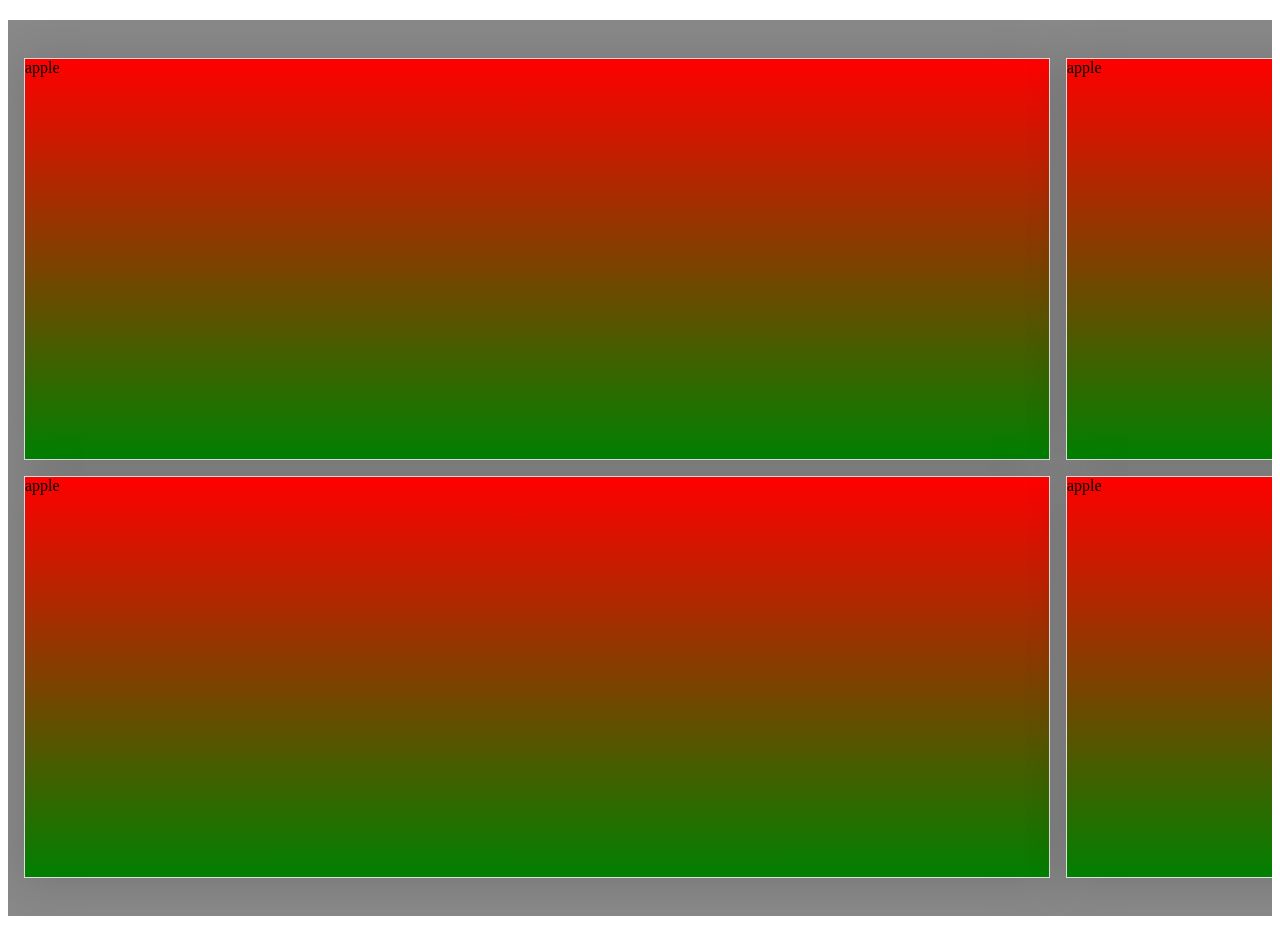
Repository: lzh15378738622/scroll-snap
Page: index.html
The author's editor kept a copy of each file at every save. The page is drawn from the files as they stood at one save, then again after the next save.
The browser window is 1280 px wide. The pictures show the whole page.

Above is the page before, as saved 2022-02-26 12:11:29.

### index.html
<!--
 * @Date: 2022-02-26 11:43:45
 * @LastEditors: lzh886
 * @LastEditTime: 2022-02-26 12:11:29
 * @FilePath: /scroll-snap/index.html
-->
<!DOCTYPE html>
<html lang="en">
  <head>
    <meta charset="UTF-8" />
    <meta http-equiv="X-UA-Compatible" content="IE=edge" />
    <meta name="viewport" content="width=device-width, initial-scale=1.0" />
    <title>Document</title>
    <style>
      main {
        display: grid;
        grid-template-columns: repeat(5, 1fr);
        overflow-x: auto;
        padding-block: 38px;
        background: #888;
        padding-inline: 1rem;
        margin-block: 20px;
        gap: 1rem;
      }
      div {
        width: 80vw;
        height: 400px;
        border: 1px solid #ddd;
        background: linear-gradient(red, green);
        box-shadow: 0 2px 40px rgba(0, 0, 0, 0.15);
      }
    </style>
  </head>

  <body>
    <main>
      <div>apple</div>
      <div>apple</div>
      <div>apple</div>
      <div>apple</div>
      <div>apple</div>
      <div>apple</div>
      <div>apple</div>
    </main>
  </body>
</html>

After the next save:
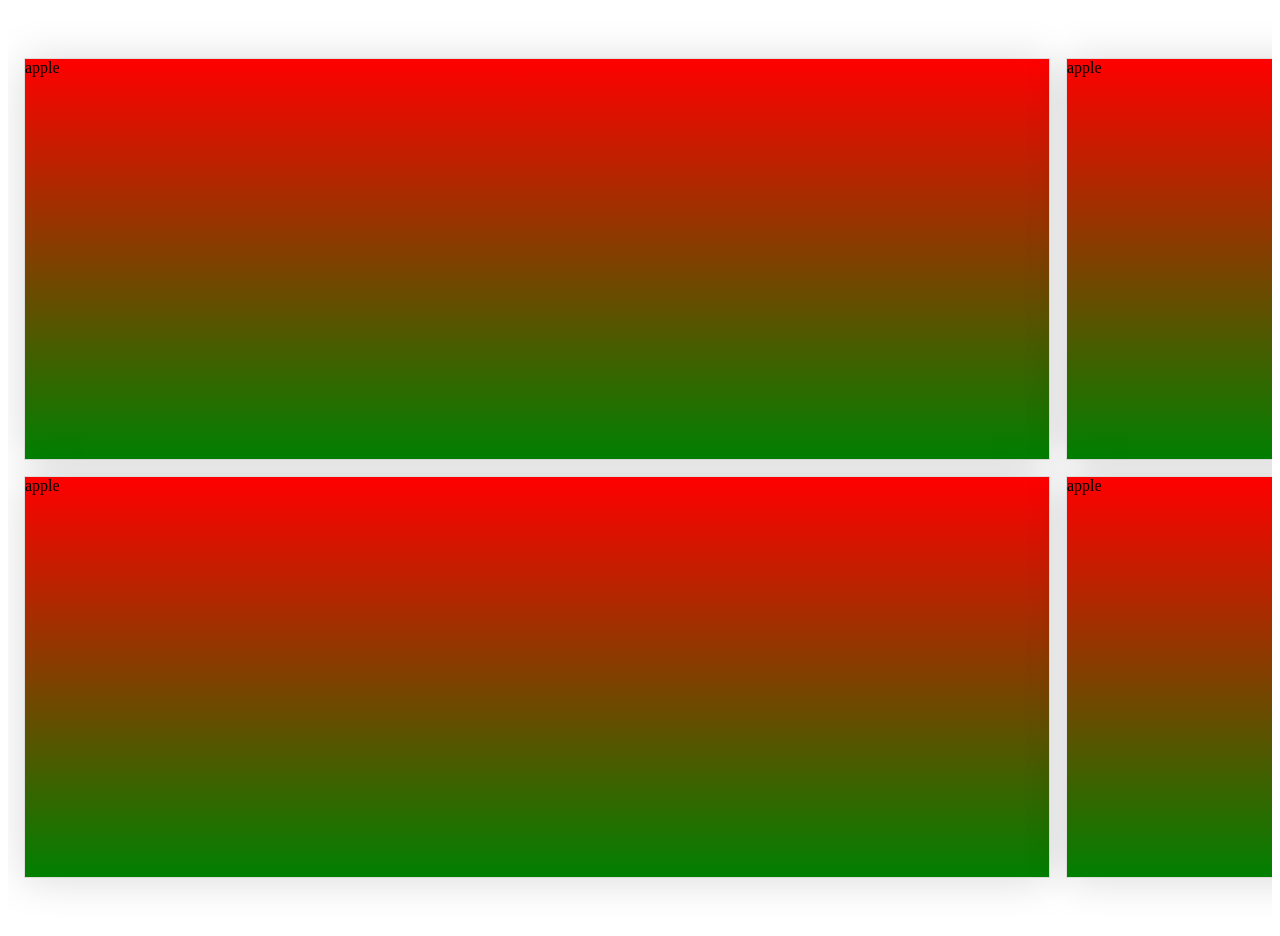
Saved 20 s later.
--- a/index.html
+++ b/index.html
@@ -17,7 +17,6 @@
         grid-template-columns: repeat(5, 1fr);
         overflow-x: auto;
         padding-block: 38px;
-        background: #888;
         padding-inline: 1rem;
         margin-block: 20px;
         gap: 1rem;
